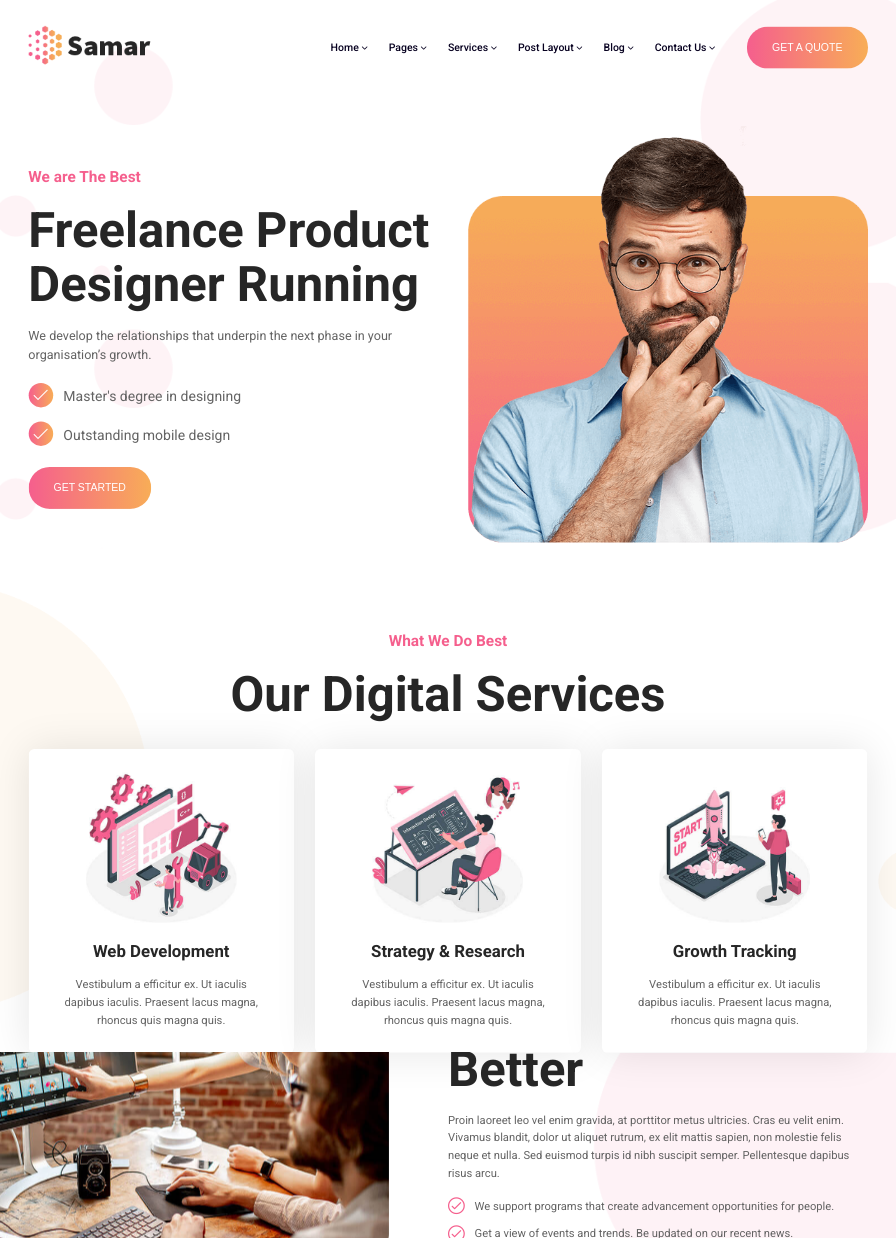
Repository: ducdatit2002/samar
Page: index.html
The author's editor kept a copy of each file at every save. The page is drawn from the files as they stood at one save, then again after the next save.
The browser window is 1280 px wide. The pictures show the whole page, at 70% of full size.

Above is the page before, as saved 2023-07-27 09:22:37.

After the next save:
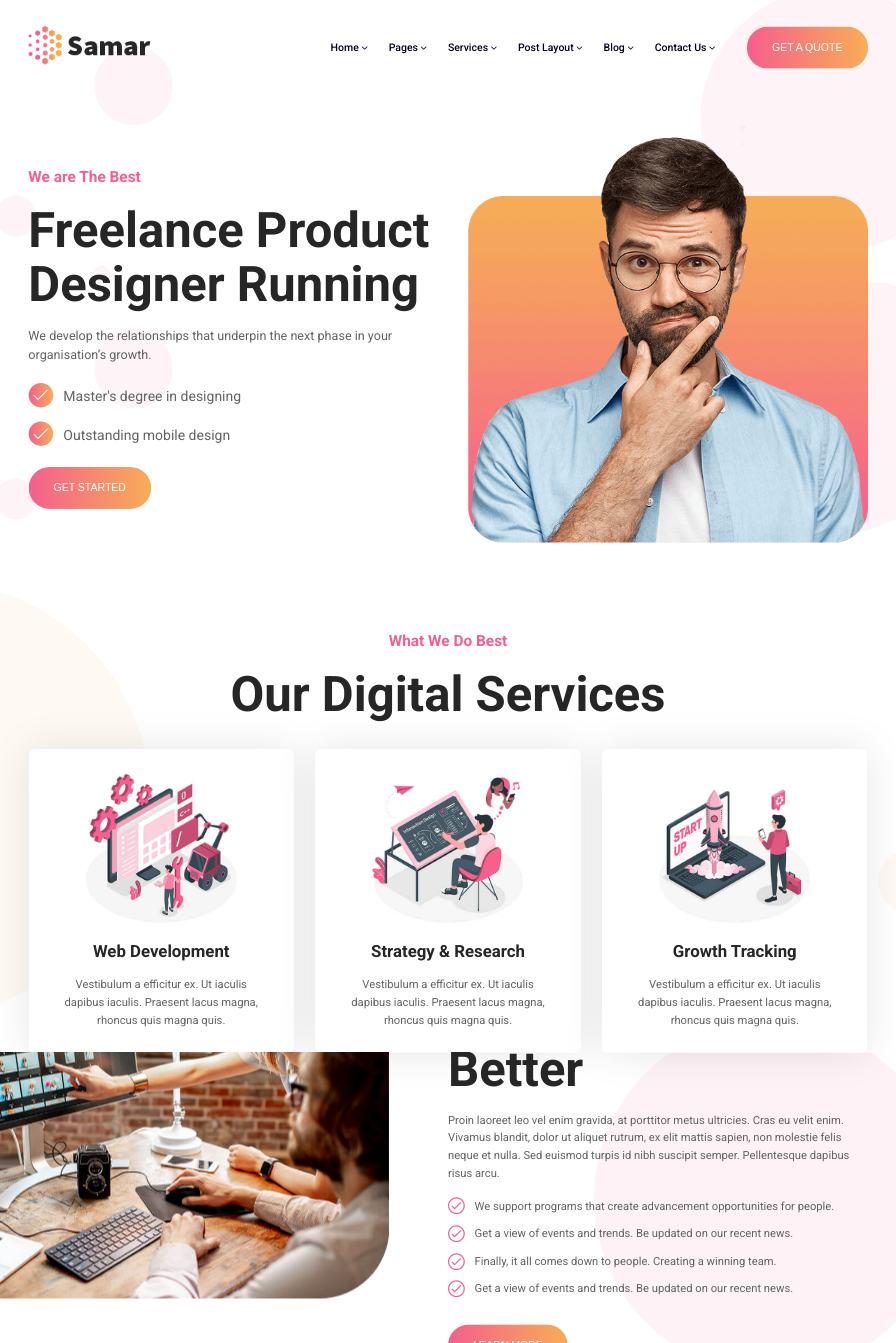
Saved 12 s later.
--- a/index.css
+++ b/index.css
@@ -191,7 +191,7 @@ header {
     background-size: 100%;
     background-position: center right;
     background-repeat: no-repeat;
-    padding-bottom: 150px;
+    padding-bottom: 300px;
     overflow: hidden;
 }
 .aboutUs__content {
